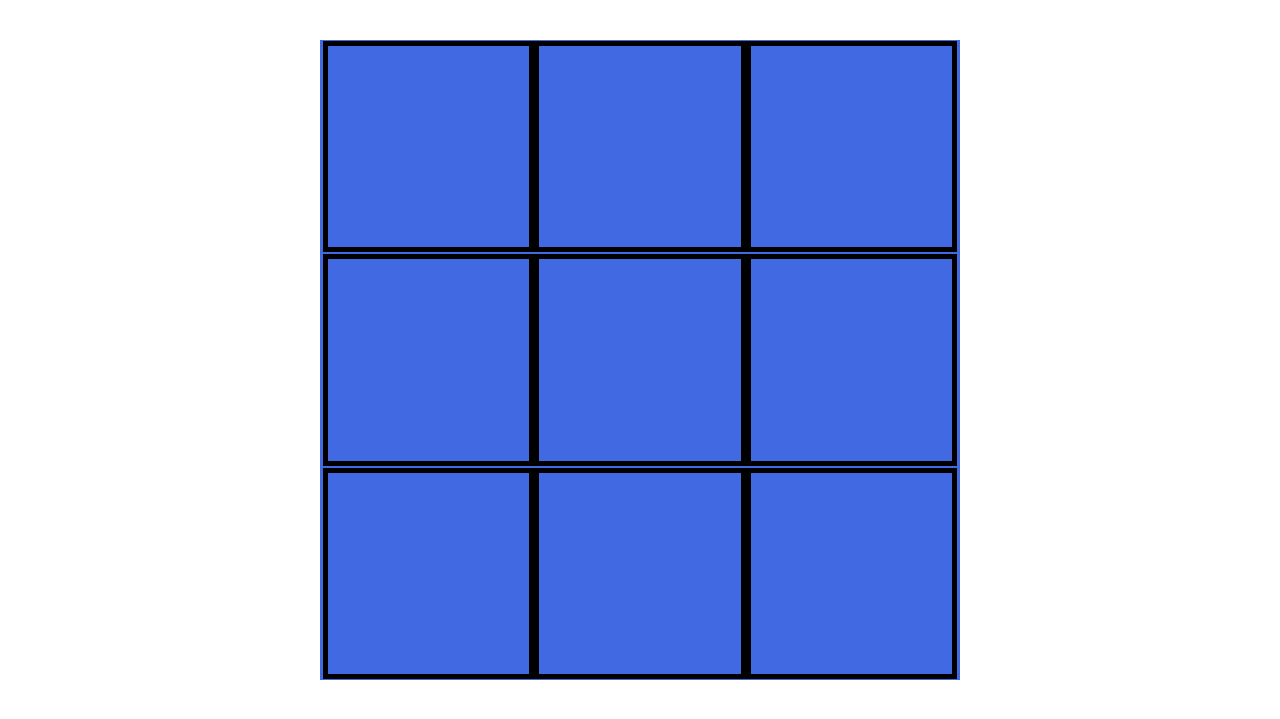
Repository: baumanmilosz/tictactoe
Page: index.html
These files come from the project's save history. The page is drawn as it stood at one moment and after the next save; the edit follows.
The browser window is 1280 px wide. The pictures show the whole page.

Above is the page before, as saved 2019-02-21 16:33:53.

### index.html
<!DOCTYPE html>
<html lang="en">

<head>
  <meta charset="UTF-8">
  <meta name="viewport" content="width=device-width, initial-scale=1.0">
  <meta http-equiv="X-UA-Compatible" content="ie=edge">
  <link rel="stylesheet" href="./style.css">
  <title>Tic Tac Toe</title>
</head>

<body>
  <div class="board">
    <div class="box"></div>
    <div class="box"></div>
    <div class="box"></div>
    <div class="box"></div>
    <div class="box"></div>
    <div class="box"></div>
    <div class="box"></div>
    <div class="box"></div>
    <div class="box"></div>
  </div>

  <script src="./script.js"></script>
</body>

</html>

### style.css
* {
  margin: 0;
  padding: 0;
  box-sizing: border-box;
}

html {
  font-size: 10px;
}

body {
  position: relative;
  height: 100vh;
  /* background-color: blue; */
}

.board {
  display: flex;
  flex-wrap: wrap;
  justify-content: center;
  align-items: center;
  position: absolute;
  left: 50%;
  top: 50%;
  transform: translate(-50%, -50%);
  width: 50vw;
  height: 50vw;
  background-color: royalblue;
}

.box {
  width: 33%;
  height: 33%;
  border: 5px solid black;
  cursor: pointer;
}

.box.cross:before{
  content: 'X';
  font-size: 20px;
}

.box.circle::after{
  content: 'O';
  font-size: 20px;
}

### script.js
const boxes = document.querySelectorAll('.box');

let oddPlayer = true;

boxes.forEach(box => box.addEventListener('click', () => {
  if (box.classList.contains('circle') || box.classList.contains('cross')) return;
  oddPlayer ? box.classList.add('circle') : box.classList.add('cross');
  oddPlayer = !oddPlayer;
}));

After the next save:
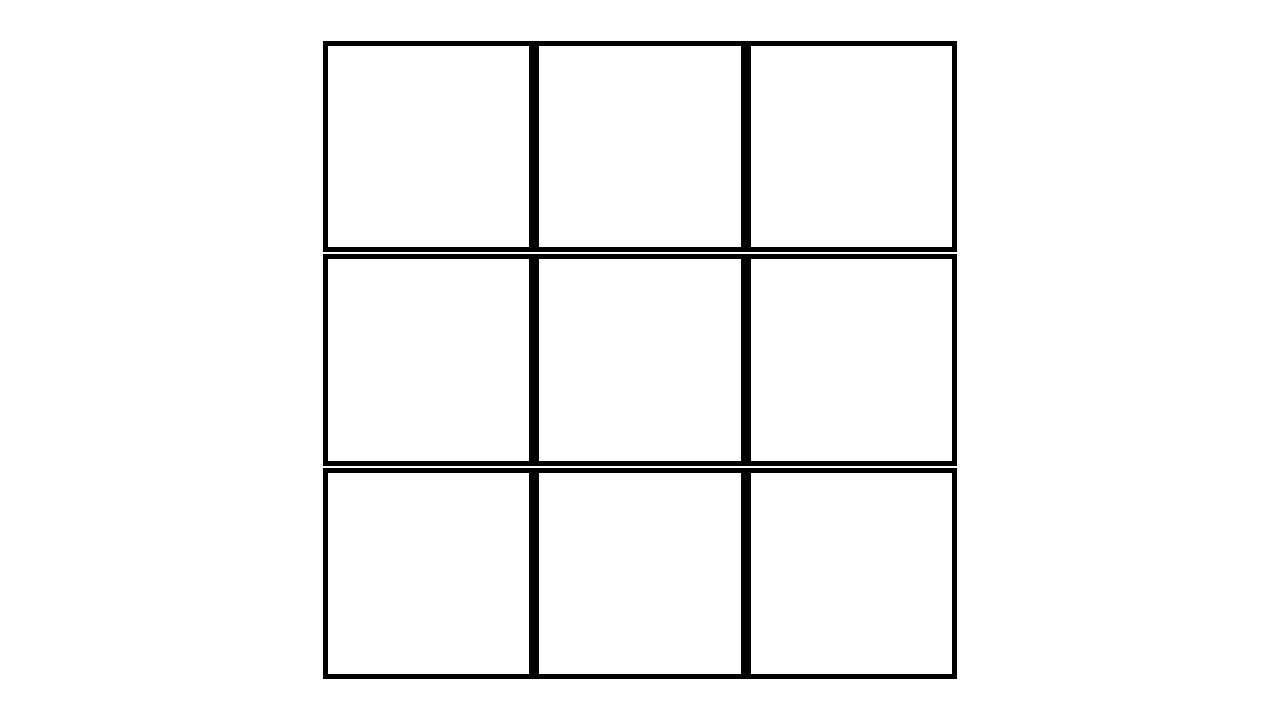
Saved 26 s later.
--- a/style.css
+++ b/style.css
@@ -11,7 +11,6 @@
 body {
   position: relative;
   height: 100vh;
-  /* background-color: blue; */
 }
 
 .board {
@@ -25,7 +24,7 @@
   transform: translate(-50%, -50%);
   width: 50vw;
   height: 50vw;
-  background-color: royalblue;
+  background-color: #fff;
 }
 
 .box {
